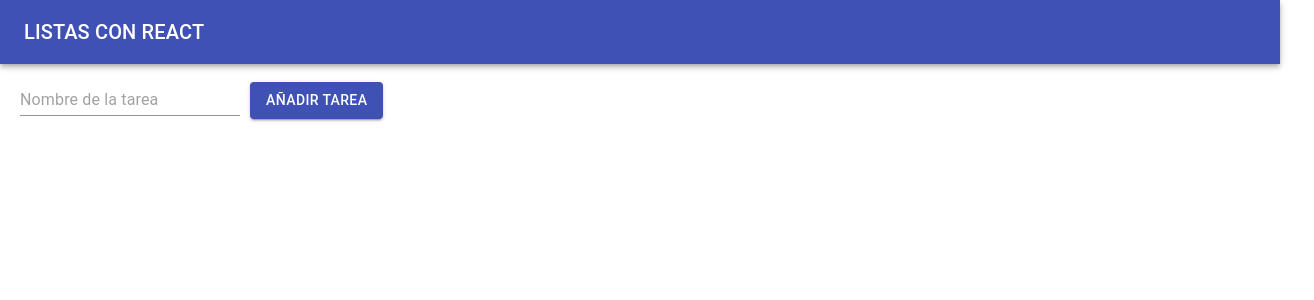
Repository: Salvaaragon/ItemListReact
Page: /
An editor plug-in stored every save of this project. The page is shown before and after the next save, followed by the edit.
The browser window is 1280 px wide. The page is 1314 px wide, so the pictures cover 1314 px, including what lies to the right of the window. The pictures show the whole page.
The project was rebuilt for these pictures with package versions that can differ from the ones it lists, and the page was loaded fresh each time. Also part of the build but not shown: src/components/TasksListItem.tsx.

Above is the page before, as saved 2019-08-04 11:44:12.

After the next save:
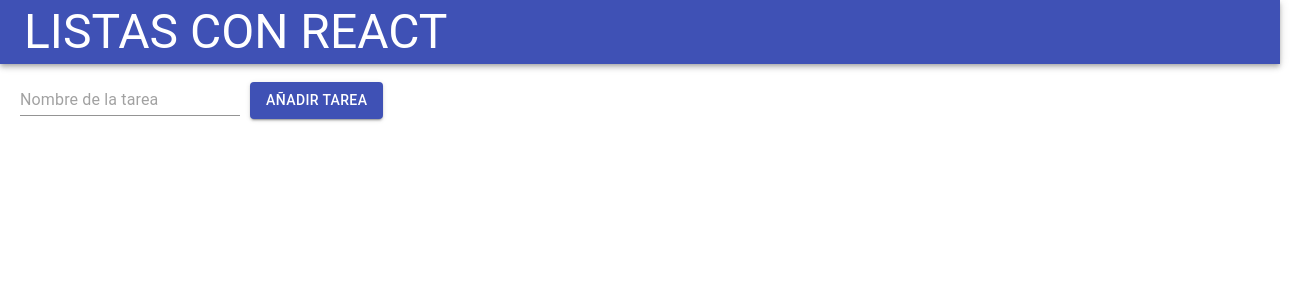
Saved 15 s later.
--- a/src/App.tsx
+++ b/src/App.tsx
@@ -56,7 +56,7 @@ class App extends Component<{}, State> {
 			<div>
 				<AppBar position="static" color="primary">
 					<Toolbar>
-						<Typography variant="h6" color="inherit">
+						<Typography variant="h3" color="inherit">
 							LISTAS CON REACT
 						</Typography>
 					</Toolbar>
